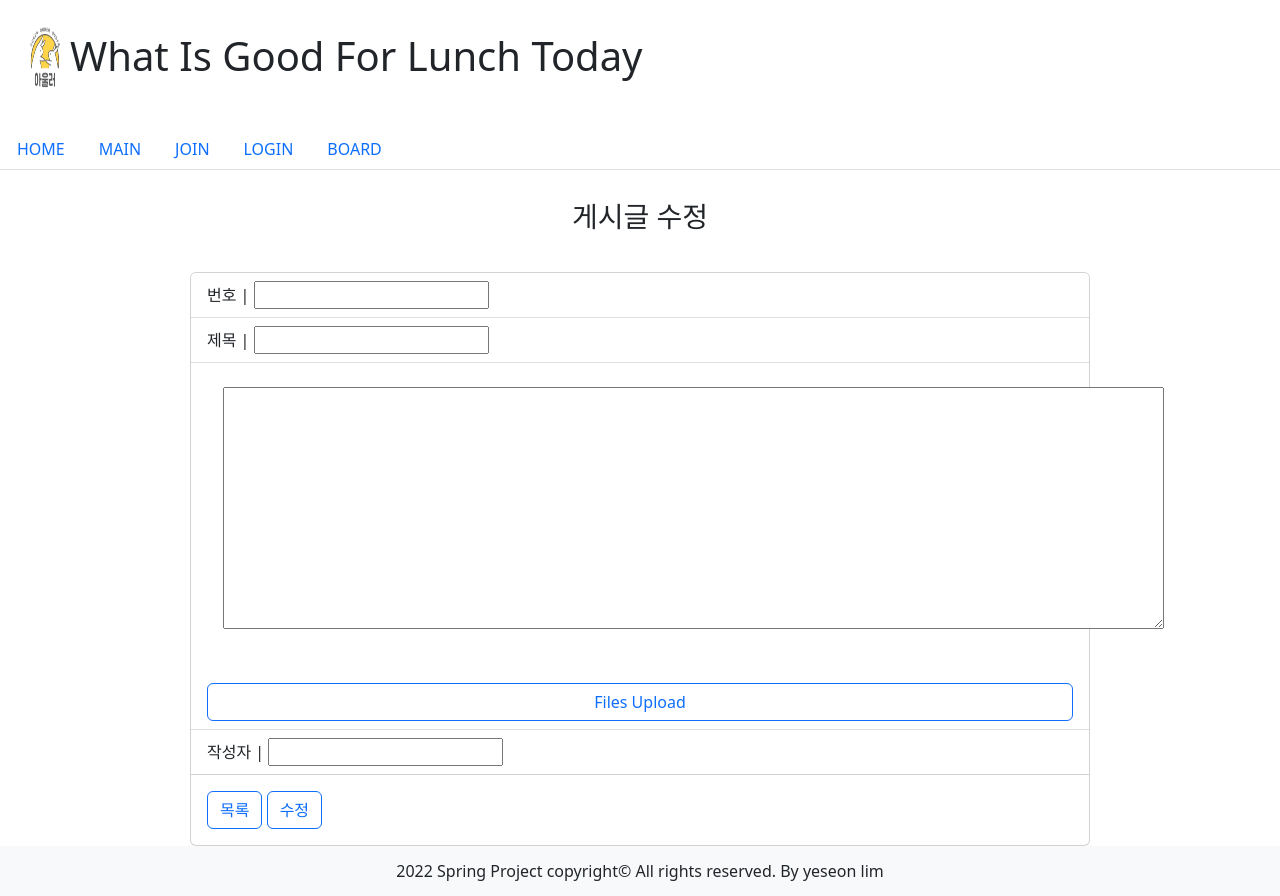
Repository: yeseonlim/springtest
Page: http://localhost/my_spring/WEB-INF/views/board/modify.jsp
The author's editor kept a copy of each file at every save. The page is drawn from the files as they stood at one save, then again after the next save.
The browser window is 1280 px wide. The pictures show the whole page.
The page is served by Tomcat 9. Nobody is signed in. Other server files are loaded and not shown. The template is opened directly, without the code that normally fills it, so the values that code supplies are empty.

Above is the page before, as saved 2022-12-30 07:58:37.

### my_spring/src/main/webapp/WEB-INF/views/board/modify.jsp
<%@ page language="java" contentType="text/html; charset=UTF-8"
    pageEncoding="UTF-8"%>
<%@ taglib uri="http://java.sun.com/jsp/jstl/core" prefix="c" %>
<%@ taglib uri="http://java.sun.com/jsp/jstl/functions" prefix="fn" %>
<!DOCTYPE html>
<html>
<head>
<meta charset="UTF-8">
<title>modify</title>
<style>
*{
margin: 0;
padding: 0;
}
html, body{
	height: 100%;
}
body{
	display: flex;
	flex-direction: column;
}
section{
	flex: 1;
}
h1{
text-indent:20px;
padding: 10px 0;
}
form{
max-width: 900px;
margin:0 auto;
}
h3{
text-align: center;
padding: 30px 0;
}
</style>
</head>
<body>
	<jsp:include page="../layout/header.jsp"></jsp:include>
	<section>
	 <form action="/modify" method="post" enctype="multipart/form-data">
	 	<h3>게시글 수정</h3>
		<div class="card">
		  <ul class="list-group list-group-flush">
		    <li class="list-group-item">번호 | <input type="text" id="bno" name="bno" value="${bvo.bno }" readonly="readonly"></li>
		    <li class="list-group-item">제목 | <input type="text" id="title" name="title" value="${bvo.title }"></li>
		    <li class="list-group-item">
			    <div class="card-body">
			    	<p class="card-text"><textarea rows="10" cols="100" id="content" name="content">${bvo.content }</textarea></p>
			    </div>
			    <!-- file 표현라인 -->
			    <div class="card-body">
			    	<ul class="list-group list-group-flush">
			    		<c:forEach items="${fList }" var="fvo">
			    			<!-- 파일이 여러개일때 반복적으로 li 추가 -->
			    			<li>
			    				<c:choose>
			    					<c:when test="${fvo.file_type > 0 }">
			    						<div>
			    						<!-- D:...fileUpload/2022/12/28 -->
			    							<img src="/upload/${fn:replace(fvo.save_dir, '\\', '/')}/${fvo.uuid}_th_${fvo.file_name}">
			    						</div>
			    					</c:when>
			    					<c:otherwise>
			    						<div>
			    							<!-- 파일모양 아이콘을 넣어서 일반 파일임을 표현 -->
			    						</div>
			    					</c:otherwise>
			    				</c:choose>
			    				<!-- 파일이름, 등록일, 사이즈 -->
			    				<div class="ms-2 me-auto">
			    				<div class="fw-bold">${fvo.file_name }</div>
			    				${fvo.reg_at }
			    				</div>
			    				<span class="badge bg-secondary rounded-pill">${fvo.file_size } Byte</span>
			    				<button type="button" data-uuid=${fvo.uuid } class="btn btn-sm btn-light py-0 file-x">✖️</button>
			    			</li>
			    		</c:forEach>
			    	</ul>
			    </div>
			  <div class="col-12 d-grid">
	  				<input class="form-control" type="file" style="display: none;"
	  				 id="files" name="files" multiple>
	  				<button type="button" id="trigger" class="btn btn-outline-primary btn-block d-block">Files Upload</button>
				</div>
				<div class="col-12" id="fileZone">

				</div>
		    </li>
		    <li class="list-group-item">작성자 | <input type="text" id="writer" name="writer" value="${bvo.writer }" readonly="readonly"></li>
		  </ul>
		  <div class="card-body">
		 	 <a href="/list" class="card-link"><button type="button" class="btn btn-outline-primary">목록</button></a>
		 	 <button type="submit" id="regBtn" class="btn btn-outline-primary">수정</button>
		  </div>
		</div>
	</form>
	</section>
	<script src="../resources/js/boardPosting.js"></script>
	<jsp:include page="../layout/footer.jsp"></jsp:include>

### my_spring/src/main/webapp/WEB-INF/views/layout/header.jsp
<%@ page language="java" contentType="text/html; charset=UTF-8"
    pageEncoding="UTF-8"%>
<%@ taglib uri="http://java.sun.com/jsp/jstl/core" prefix="c" %>
<!DOCTYPE html>
<html>
<head>
<meta charset="UTF-8">
<title>header</title>
<!-- CSS only -->
<link href="https://cdn.jsdelivr.net/npm/bootstrap@5.2.3/dist/css/bootstrap.min.css" rel="stylesheet" integrity="sha384-rbsA2VBKQhggwzxH7pPCaAqO46MgnOM80zW1RWuH61DGLwZJEdK2Kadq2F9CUG65" crossorigin="anonymous">
<!-- JavaScript Bundle with Popper -->
<script src="https://cdn.jsdelivr.net/npm/bootstrap@5.2.3/dist/js/bootstrap.bundle.min.js" integrity="sha384-kenU1KFdBIe4zVF0s0G1M5b4hcpxyD9F7jL+jjXkk+Q2h455rYXK/7HAuoJl+0I4" crossorigin="anonymous"></script>
</head>
<body>
	<header>
		<h1><img alt="logo" src="../resources/img/로고2.png" height="100px" width="50px">What Is Good For Lunch Today</h1>
	</header>
		<nav>
			<ul class="nav nav-tabs">
			  <li class="nav-item">
			    <a class="nav-link" aria-current="page" href="/">HOME</a>
			  </li>
			  <li class="nav-item">
			    <a class="nav-link" href="/main">MAIN</a>
			  </li>
			  <c:if test="${ses.id == null }">
			  <li class="nav-item">
			    <a class="nav-link" href="/join">JOIN</a>
			  </li>
			  <li class="nav-item">
			    <a class="nav-link" href="/login">LOGIN</a>
			  </li>
			  </c:if>
			  <li class="nav-item">
			    <a class="nav-link" href="/list">BOARD</a>
			  </li>
			  <c:if test="${ses.id != null }">
				  <%-- <li class="nav-item">
				    <a class="nav-link" href="#">${ses.name }님 반갑습니다 :)</a>
				  </li> --%>
				  <div class="btn-group btn-primary">
					  <button type="button" class="btn btn-outline-none dropdown-toggle" data-bs-toggle="dropdown" aria-expanded="false">
					    ${ses.name }님 반갑습니다 :)
					  </button>
					  <ul class="dropdown-menu">
					    <li><a class="dropdown-item" href="/myinfo">MY INFO</a></li>
					    <li><a class="dropdown-item" href="/posting">POSTING</a></li>
					    <li><hr class="dropdown-divider"></li>
					    <li><a class="dropdown-item" href="/logout">LOGOUT</a></li>
					  </ul>
					</div>
			  </c:if>
			</ul>
		</nav>
	<script type="text/javascript">
	const msg = '<c:out value="${msg }" />';
	if(msg==='0'){
		console.log(msg);
		alert("로그아웃 되었습니다.");
	}
	</script>

### my_spring/src/main/webapp/WEB-INF/views/layout/footer.jsp
<%@ page language="java" contentType="text/html; charset=UTF-8"
    pageEncoding="UTF-8"%>
<%@ taglib uri="http://java.sun.com/jsp/jstl/core" prefix="c" %>
<style>
.footer{
height: 50px;
}
.container-fluid{
text-align:center;
line-height: 50px;
}
</style>
 <footer>
	<div class="footer footer-expand-lg bg-light">
		<div class="container-fluid">
		  2022 Spring Project copyright&copy; All rights reserved. By yeseon lim
		</div>
	</div>
 </footer>
</body>
</html>

### my_spring/src/main/webapp/resources/js/boardPosting.js
document.getElementById('trigger').addEventListener('click', ()=>{
    document.getElementById('files').click();
});

//정규표현식을 이용한 생성자 함수 만들기
//fileload시 형식제한, 실행파일 막기, 이미지파일
const regExp = new RegExp("\.(exe|sh|bat|msi|dll|js)$");
const regExpImg = new RegExp("\.(jpg|jpeg|png|gif)$");
const maxSize = 1024*1024*20; //20MB보다 큰지 체크

function fileSizeValidation(fileName, fileSize) {
    if(regExp.test(fileName)){
        return 0;
    }else if(!regExpImg.test(fileName)){
        return 0;
    }else if(fileSize > maxSize){
        return 0;
    }else{
        return 1;
    }
}

document.addEventListener('change', (e)=>{
    if(e.target.id == "files"){
        //제한된 파일이 들어왔을때 클릭되는것을 방지
        document.getElementById('regBtn').disabled = false;
        //input type="file" element는 fileObject 객체로 리턴
        const fileObject = document.getElementById('files').files;
        console.log(fileObject);

        let div = document.getElementById('fileZone');
        div.innerHTML="";
        let ul = '<ul class="list-group list-group-flush">';
        let isOk = 1;
        for(let file of fileObject){
            let validResult = fileSizeValidation(file.name, file.size);
            isOk *=validResult; //모든 첨부파일의 결과가 1이어야 통과
            ul+=`<li class="list-group-item d-flex justify-content-between align-items-start">`;
            //업로드 가능여부 표시
            ul+=`${validResult ? '<div class="fw-bold">업로드 가능':'<div class="fw-bold text-danger">업로드 불가'}</div>`;
            ul+=`${file.name}`;
            ul+=`<span class="badge bg-${validResult ? 'success':'danger'} rounded-pill">${file.size} Bytes</span></li>`;
        }
        ul+=`</ul>`;
        div.innerHTML = ul;

        if(isOk == 0){
            document.getElementById('regBtn').disabled = true;
        }
    }
})

document.addEventListener('click', (e)=>{
    if(e.target.classList.contains('file-x')){
        let li = e.target.closest('li');
        let uuid = e.target.dataset.uuid;
        console.log(uuid);
        deleteFile(uuid).then(result=>{
            if(result>0){
                alert("파일이 삭제되었습니다.");
                li.remove();
            }
        })
    }
})

async function deleteFile(uuid){
    try {
        const url='/file/'+uuid;
        const config={
            method:'delete',
        };
        const resp = await fetch(url, config);
        const result = await resp.text();
        return result;
    } catch (error) {
        console.log(error);
    }
}

After the next save:
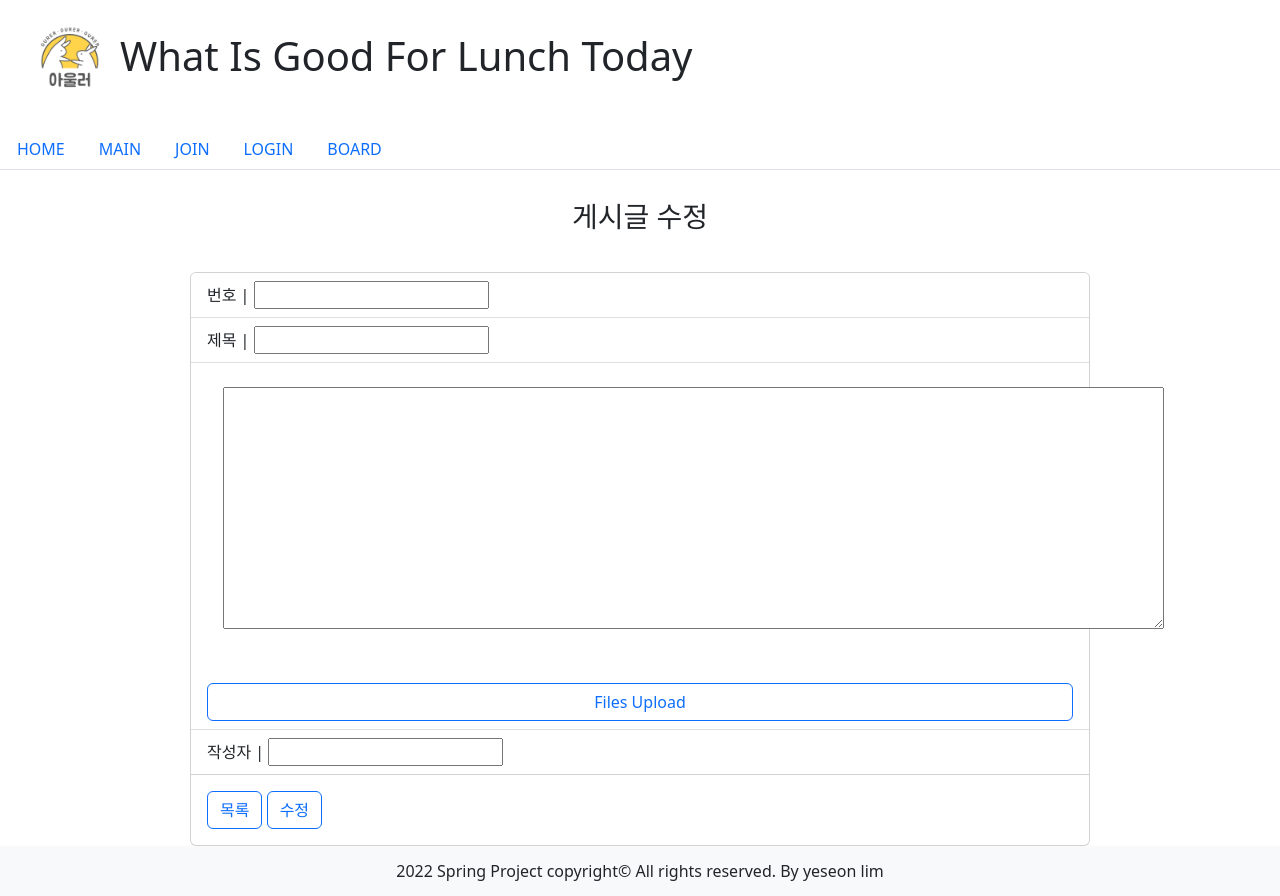
Saved 15 s later.
--- a/my_spring/src/main/webapp/WEB-INF/views/layout/header.jsp
+++ b/my_spring/src/main/webapp/WEB-INF/views/layout/header.jsp
@@ -13,7 +13,7 @@
 </head>
 <body>
 	<header>
-		<h1><img alt="logo" src="../resources/img/로고2.png" height="100px" width="50px">What Is Good For Lunch Today</h1>
+		<h1><img alt="logo" src="../resources/img/로고2.png" height="100px" width="100px">What Is Good For Lunch Today</h1>
 	</header>
 		<nav>
 			<ul class="nav nav-tabs">
